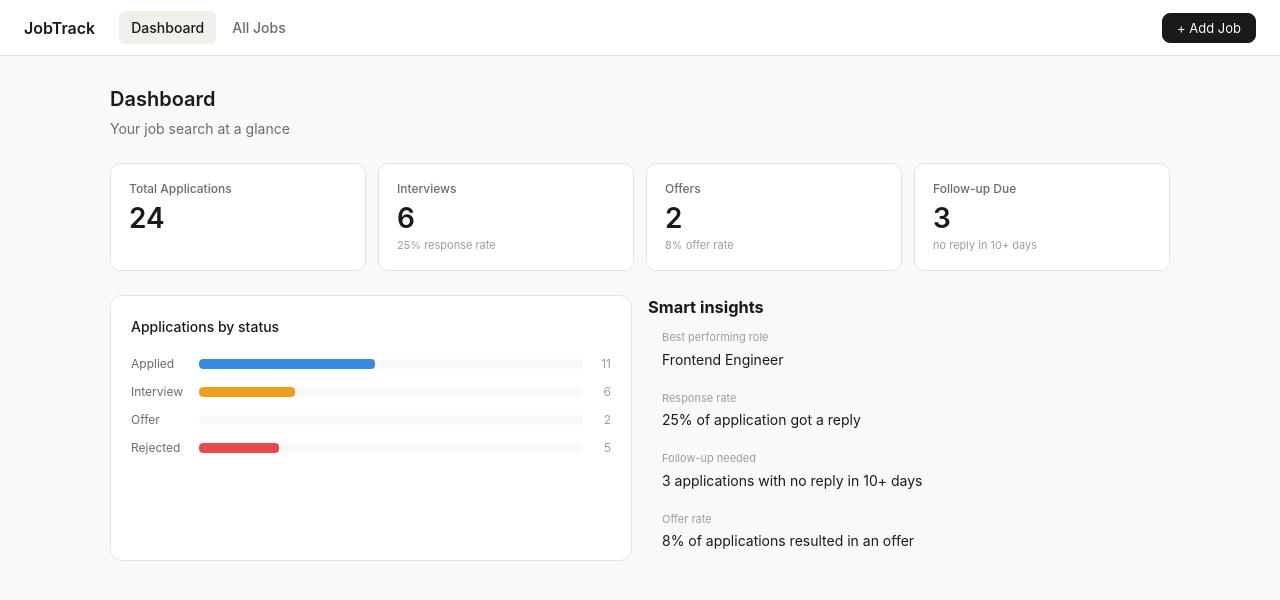
Repository: adtm0/jobtracker
Page: /dashboard (app in frontend/)
An editor plug-in stored every save of this project. The page is shown before and after a run of saves, followed by the edit.
The browser window is 1280 px wide. The pictures show the whole page.
The project was rebuilt for these pictures with package versions that can differ from the ones it lists, and the page was loaded fresh each time. Also part of the build but not shown: frontend/vite.config.js, frontend/src/pages/Login.jsx, frontend/src/pages/Register.jsx, frontend/src/pages/Jobs.jsx, frontend/src/pages/JobForm.jsx.

Above is the page before, as saved 2026-04-19 21:41:34.

After the next 2 saves:
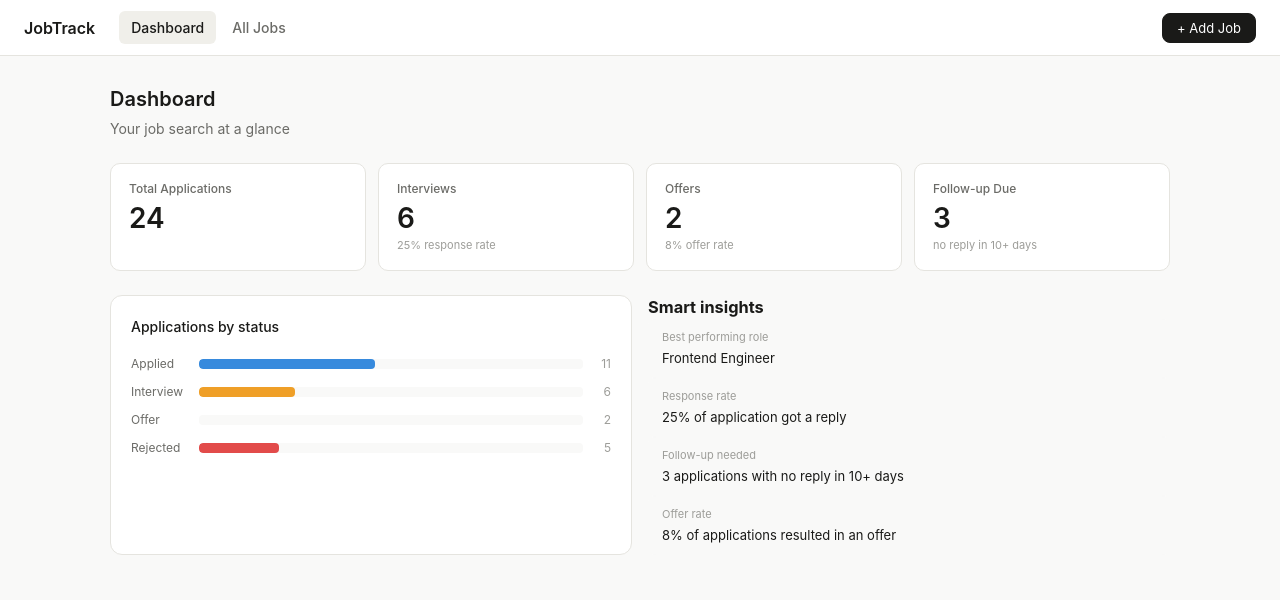
The 2 saves are shown as one change because 1 did not build or start.
The last was saved 20 s later.
--- a/frontend/src/pages/Dashboard.jsx
+++ b/frontend/src/pages/Dashboard.jsx
@@ -172,7 +172,7 @@ export default function Dashboard() {
             ].map(({ label, value }) => (
               <div key={label} style={{background: '#f9f9f8', borderRadius: 8, padding: '10px 14px'}}>
                 <div style={{fontSize: 11, color: '#9d9d99', marginBottom: 3}}>{label}</div>
-                <div>{value}</div>
+                <div style={{fontSize: 13}}>{value}</div>
               </div>
             ))}
           </div>
